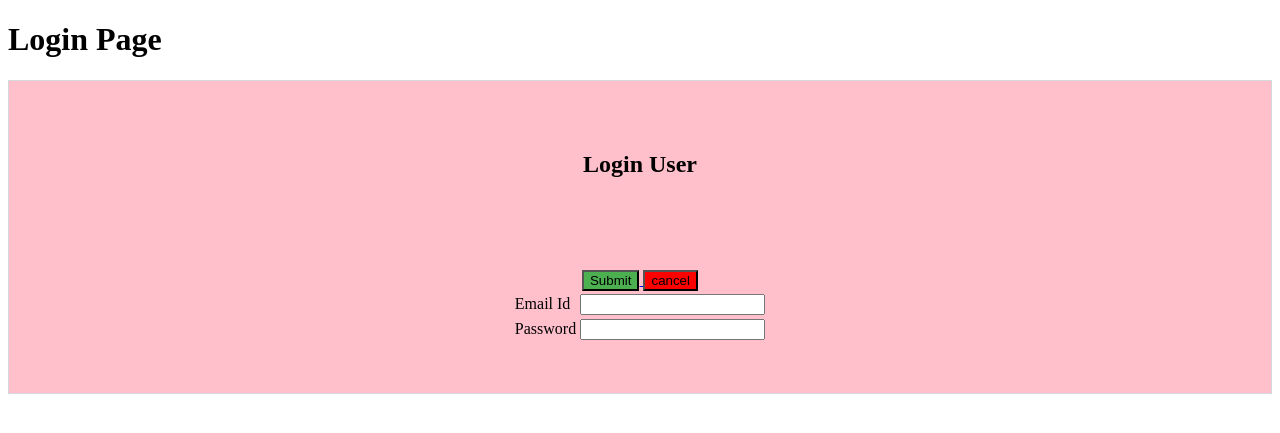
Repository: ashwinipatil321/ServletPrograms
Page: http://localhost/loginAndRegisterServlet/login.jsp
These files come from the project's save history. The page is drawn as it stood at one moment and after the next save; the edit follows.
The browser window is 1280 px wide. The pictures show the whole page.
The page is served by Tomcat 9. Other server files are loaded and not shown.

Above is the page before, as saved 2017-11-06 13:30:57.

### loginAndRegisterServlet/WebContent/login.jsp
<%@ page language="java" contentType="text/html; charset=UTF-8"
	pageEncoding="UTF-8"%>
<!DOCTYPE html PUBLIC "-//W3C//DTD HTML 4.01 Transitional//EN" "http://www.w3.org/TR/html4/loose.dtd">
<html>
<head>
<meta http-equiv="Content-Type" content="text/html; charset=UTF-8">
<title>welcome Login page</title>
<style type="text/css">
center {
	border: 1px solid #D5D8DC;
	padding: 50px;
	margin: auto;
	background-color: pink;
}

.button {
	background-color: #4CAF50;
}

.button1 {
	background-color: red;
}

</style>
</head>
<body>
	<h1>Login Page</h1>


	<div>
		<center>
			<form action="Login" method="post">
				<table border="0">
					<h2>Login User</h2>
					<tr>
						<td>Email Id</td><br>
						<td><input type="text" name="emailId"></td><br>
					</tr>
					<tr>
						<td>Password</td><br>
						<td><input type="text" name="password"></td><br>
					</tr>

					<input type="submit" value="Submit" class="button">
					<a href="Register.jsp"> <input type="button" value="cancel"
						class="button1"></a>
				</table>
			</form>
				</center>
		</div>

</body>
</html>

After the next save:
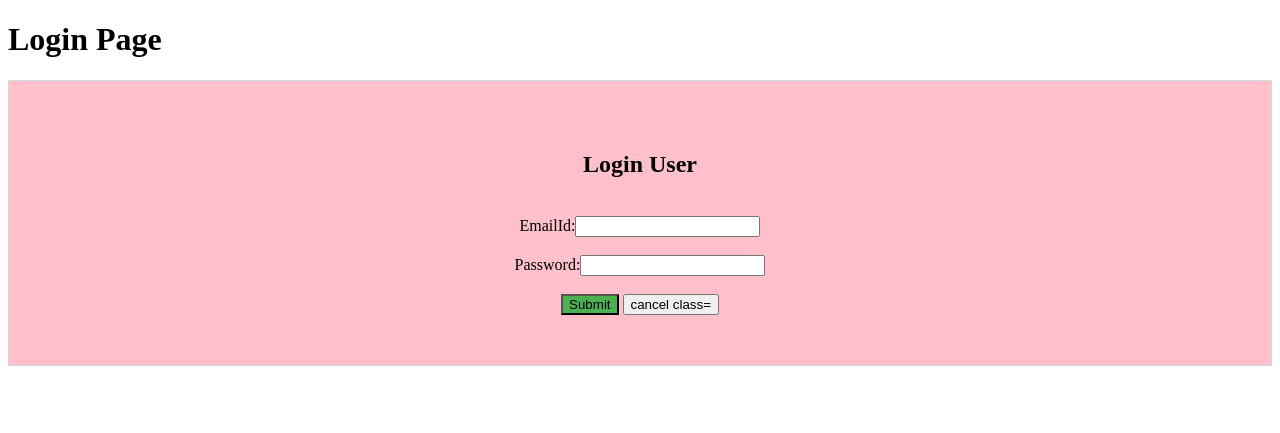
Saved 70 s later.
--- a/loginAndRegisterServlet/WebContent/login.jsp
+++ b/loginAndRegisterServlet/WebContent/login.jsp
@@ -4,50 +4,35 @@
 <html>
 <head>
 <meta http-equiv="Content-Type" content="text/html; charset=UTF-8">
-<title>welcome Login page</title>
+<title> welcome Login page</title>
 <style type="text/css">
-center {
-	border: 1px solid #D5D8DC;
-	padding: 50px;
-	margin: auto;
-	background-color: pink;
+center{
+border:1px solid #D5D8DC;
+padding:50px;
+margin:auto;
+background-color: pink;
 }
-
 .button {
-	background-color: #4CAF50;
+    background-color: #4CAF50;
 }
-
-.button1 {
-	background-color: red;
+.button {
+    background-color: #4CAF50;
 }
-
 </style>
 </head>
+
 <body>
 	<h1>Login Page</h1>
+	<center>
+		<h2>Login User</h2>
+		<form action="Login" method="post">
+			<br />EmailId:<input type="text" name="emailId"> <br /><br>
+			Password:<input type="password" name="password"> <br /><br>
 
-
-	<div>
-		<center>
-			<form action="Login" method="post">
-				<table border="0">
-					<h2>Login User</h2>
-					<tr>
-						<td>Email Id</td><br>
-						<td><input type="text" name="emailId"></td><br>
-					</tr>
-					<tr>
-						<td>Password</td><br>
-						<td><input type="text" name="password"></td><br>
-					</tr>
-
-					<input type="submit" value="Submit" class="button">
-					<a href="Register.jsp"> <input type="button" value="cancel"
-						class="button1"></a>
-				</table>
-			</form>
-				</center>
-		</div>
-
+			<input type="submit" value="Submit" class="button">
+			 <a href="Register.jsp">
+			 <input type="button" value="cancel class="button1""></a>
+		</form>
+	</center>
 </body>
 </html>
